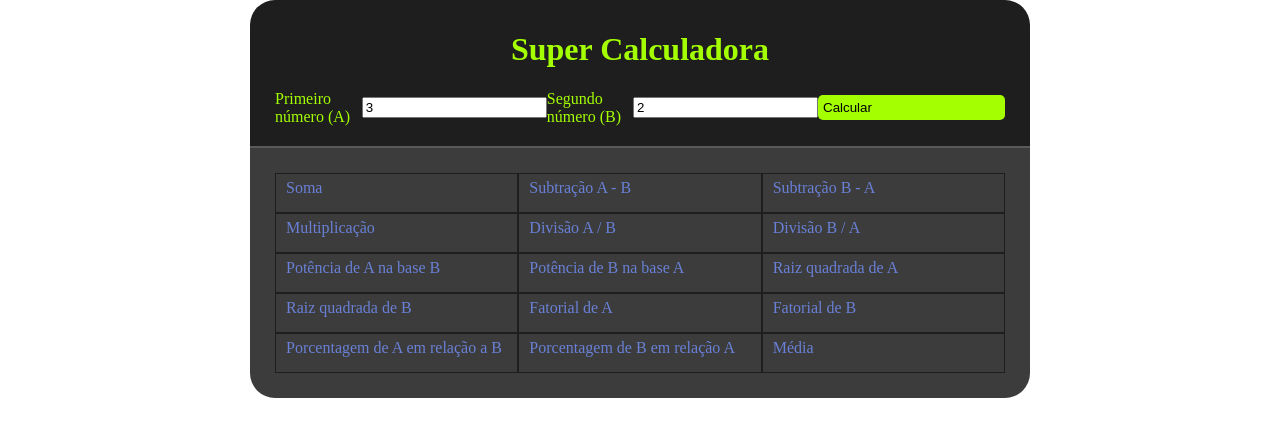
Repository: rrresck/supercalc-xpe
Page: index.html
An editor plug-in stored every save of this project. The page is shown before and after the next save, followed by the edit.
The browser window is 1280 px wide. The pictures show the whole page.

Above is the page before, as saved 2023-02-10 20:05:11.
Console error (its wording comes from the project's code and is left out).

### index.html
<!DOCTYPE html>
<html lang="en">
<head>
    <meta charset="UTF-8">
    <meta http-equiv="X-UA-Compatible" content="IE=edge">
    <meta name="viewport" content="width=device-width, initial-scale=1.0">
    <title>Super Calculadora - Projeto 2 - XP Educação</title>

    <link rel="stylesheet" href="styles.css">
</head>
<body>
    <header>
        <h1>Super Calculadora</h1>
        <div class="flex inputNumbers">
            <label for="firstNumber">Primeiro número (A)</label>
            <input type="number" name="firstNumber" id="firstNumber" value="3">
            <label for="secondNumber">Segundo número (B)</label>
            <input type="number" name="secondNumber" id="secondNumber" value="2">
            <input id="calculateButton" value="Calcular" onclick="calculate()" />
        </div>
    </header>
    <main>
        <div class="flex">
            <div class="calculus">
                <p id="sumLabel">Soma</p>
                <p class="result" id="sum"></p>
            </div>
            <div class="calculus">
                <p id="minusLabel">Subtração A - B</p>
                <p class="result" id="minusA"></p>
            </div>
            <div class="calculus">
                <p id="minusLabel">Subtração B - A</p>
                <p class="result" id="minusB"></p>
            </div>
        </div>
        <div class="flex">
            <div class="calculus">
                <p id="multiplicationLabel">Multiplicação</p>
                <p class="result" id="multiplication"></p>
            </div>
            <div class="calculus">
                <p id="divisionLabel">Divisão A / B</p>
                <p class="result" id="divisionA"></p>
            </div>
            <div class="calculus">
                <p id="divisionLabel">Divisão B / A</p>
                <p class="result" id="divisionB"></p>
            </div>
        </div>
        <div class="flex">
            <div class="calculus">
                <p id="powerLabel">Potência de A na base B</p>
                <p class="result" id="powerA"></p>
            </div>
            <div class="calculus">
                <p id="powerLabel">Potência de B na base A</p>
                <p class="result" id="powerB"></p>
            </div>
            <div class="calculus">
                <p id="squareRootALabel">Raiz quadrada de A</p>
                <p class="result" id="squareRootA"></p>
            </div>
        </div>
        <div class="flex">
            <div class="calculus">
                <p id="squareRootBLabel">Raiz quadrada de B</p>
                <p class="result" id="squareRootB"></p>
            </div>
            <div class="calculus">
                <p id="factorialBLabel">Fatorial de A</p>
                <p class="result" id="factorialA"></p>
            </div>
            <div class="calculus">
                <p id="factorialBLabel">Fatorial de B</p>
                <p class="result" id="factorialB"></p>
            </div>
        </div>
        <div class="flex">
            <div class="calculus">
                <p id="percentageLabel">Porcentagem de A em relação a B</p>
                <p class="result" id="percentageA"></p>
            </div>
            <div class="calculus">
                <p id="percentageLabel">Porcentagem de B em relação A</p>
                <p class="result" id="percentageB"></p>
            </div>
            <div class="calculus">
                <p id="averageLabel">Média</p>
                <p class="result" id="average"></p>
            </div>
        </div>
    </main>

    <script src="app.js"></script>
</body>
</html>

### styles.css
body {
    max-width: 780px;
    margin: auto;
    border-radius: 25px;
}

header {
    background-color: rgb(30, 30, 30);
    padding: 10px 25px 20px;
    border-top-left-radius: 25px;
    border-top-right-radius: 25px;
    border-bottom: 2px solid rgb(90, 90, 90);
}

.inputNumbers {
    display: flex;
    align-items: center;

}

main {
    background-color: rgb(60, 60, 60);
    padding: 25px;
    border-bottom-left-radius: 25px;
    border-bottom-right-radius: 25px;
    display: flex;
    flex-direction: column;
    justify-content: center;
}

h1 {
    text-align: center;
    color: #a4ff00;
}

label {
    color: #a4ff00;
}

p {
    color: #6980d6;
    margin: 0;
}

#calculateButton {
    background-color: #a4ff00;
    padding: 5px;
    border: none;
    border-radius: 5px;
}

.flex {
    display: flex;
    flex-flow: row nowrap;
    justify-content: space-between;
}

.calculus {
    width: 240px;
    border: 1px solid rgb(30, 30, 30);
    padding: 5px 0 5px 10px;
}

.result {
    margin: 10px;
    color: white;
    font-size: 1.5em;
}

### app.js
let sumRes = document.getElementById("sum");
let subtractARes = document.getElementById("minusA");
let subtractBRes = document.getElementById("MinusB");
let multiplicationRes = document.getElementById("multiplication");
let divisionARes = document.getElementById("divisionA");
let divisionBRes = document.getElementById("divisionB");
let powerARes = document.getElementById("powerA");
let powerBRes = document.getElementById("powerB");
let squareARes = document.getElementById("squareA");
let squareBRes = document.getElementById("squareB");
let factiorialARes = document.getElementById("factiorialA");
let factiorialBRes = document.getElementById("factiorialB");
let percentageARes = document.getElementById("percentageA");
let percentageBRes = document.getElementById("percentageB");
let averageRes = document.getElementById("average");

sumRe.innerHTML = 0;
subtractARes.innerHTML = 0;
subtractBRes.innerHTML = 0;
multiplicationRes.innerHTML = 0;
divisionARes.innerHTML = 0;
divisionBRes.innerHTML = 0;
powerARes.innerHTML = 0;
powerBRes.innerHTML = 0;
squareARes.innerHTML = 0;
squareBRes.innerHTML = 0;
factiorialARes.innerHTML = 0;
factiorialBRes.innerHTML = 0;
percentageARes.innerHTML = 0;
percentageBRes.innerHTML = 0;
averageRes.innerHTML = 0;

const sum = (a, b) => {
    sumRes.innerHTML = a + b;
}

const subtraction = (a, b) => {
    subtractARes.innerHTML = a - b;
    subtractBRes.innerHTML = b - a;
}

const multiplication = (a, b) => {
    multiplicationRes.innerHTML = a * b;
}

const division = (a, b) => {
    divisionARes.innerHTML = (a / b).toFixed(2);
    divisionBRes.innerHTML = (b / a).toFixed(2);
}

const power = (a, b) => {
    powerARes.innerHTML = Math.pow(a, b);
    powerBRes.innerHTML = Math.pow(b, a);
}

const squareRoot = (a, b) => {
    squareARes.innerHTML = Math.sqrt(a).toFixed(2);
    squareBRes.innerHTML = Math.sqrt(b).toFixed(2);
}

const factorial = (a, b) => {
    if (a < 19) {
        let factiorialAvalue = 1;

        for (var i = a; i > 1; 1--) {
            factiorialAvalue *= i;
            console.log('factorialAvalue', factiorialAvalue)
        }
        factiorialARes.innerHTML = factiorialAvalue;
    } else {
        factiorialARes = 'Valor MUITO grande';
    };

    if (b < 19) {
        let factiorialBvalue = 1;

        for (var i = b; i > 1; 1--) {
            factiorialBvalue *= i;
            console.log('factorialBvalue', factiorialBvalue)
        }
        factiorialBRes.innerHTML = factiorialBvalue;
    } else {
        factiorialBRes = 'Valor MUITO grande';
    };
}

const percentage = (a, b) => {
    percentageARes.innerHTML = ((b * 100)/a).toFixed(0) +'%';
    percentageBRes.innerHTML = ((a * 100)/b).toFixed(0) +'%';
}

const average = (a, b) => {
    averageRes.innerHTML = (a + b)/2;
}

const calculate = () => {
    let aInput = document.getElementById("firstNumber").value;
    let bInput = document.getElementById("secondNumber").value;

    let a = parseInt(aInput);
    let b = parseInt(bInput);

    sum(a, b);
    subtraction(a, b);
    multiplication(a, b);
    division(a, b);
    power(a, b);
    squareRoot(a, b);
    factorial(a, b);
    percentage(a, b);
    average(a, b);
}

After the next save:
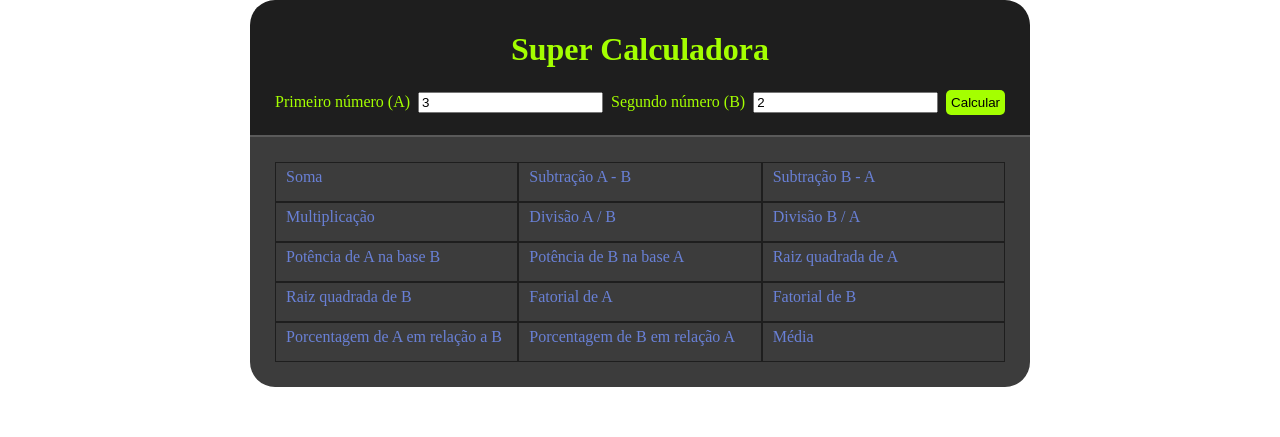
Saved 18 s later.
--- a/index.html
+++ b/index.html
@@ -16,7 +16,7 @@
             <input type="number" name="firstNumber" id="firstNumber" value="3">
             <label for="secondNumber">Segundo número (B)</label>
             <input type="number" name="secondNumber" id="secondNumber" value="2">
-            <input id="calculateButton" value="Calcular" onclick="calculate()" />
+            <input type="submit" id="calculateButton" value="Calcular" onclick="calculate()" />
         </div>
     </header>
     <main>
